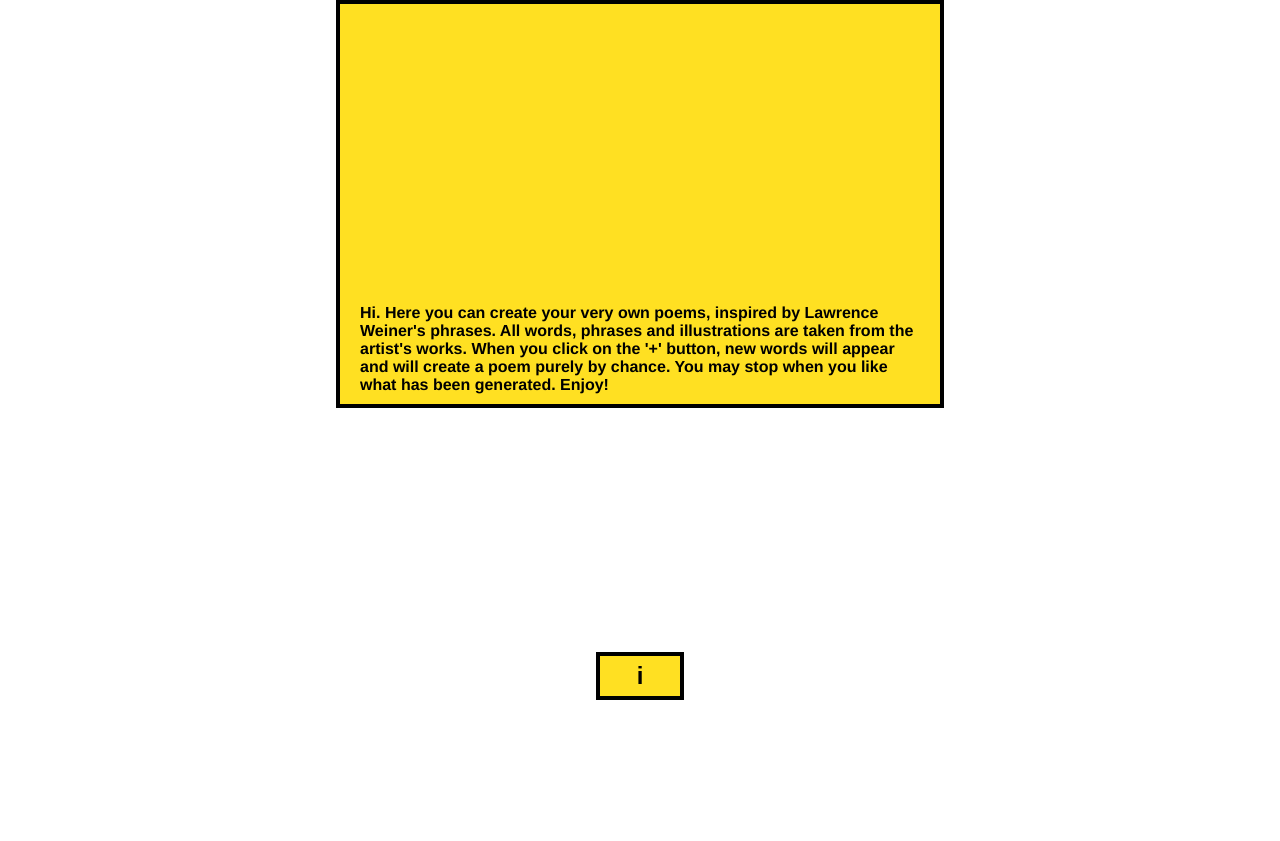
Repository: raghu225/raghu225.github.io
Page: dice/index.html
The author's editor kept a record of every edit. The page is drawn from the files as they stood at one moment, then again after the next edit.
The browser window is 1280 px wide. The pictures show the whole page.
Some web libraries are served in a nearby version.

Above is the page before.

### dice/index.html
<!DOCTYPE html>
<html>
<head>
    <meta charset="utf-8">
    <link rel="icon" type="image/png" href="assets/favicon/favicon.png">
    <!--<script src="//code.jquery.com/jquery-1.11.1.min.js"></script>-->
    <link href="assets/css/style.css" rel="stylesheet" type="text/css" />
    <script src="//ajax.googleapis.com/ajax/libs/jquery/1.10.2/jquery.min.js" type="text/javascript" ></script>
    <!--<script type="text/javascript"></script>-->

</head>

<body>

    <div class="box-animation">
        <div class="blue-box">
            <div class="text-wrap">
                <div class="body-text">
                    Hi. Here you can create your very own poems, inspired by Lawrence Weiner's phrases. All words, phrases and illustrations are taken from the artist's works. When you click on the '+' button, new words will appear and will create a poem purely by chance. You may stop when you like what has been generated. Enjoy!
                </div>
            </div>
        </div>
    </div>

     <div class="wrapper">
        <!--<div class="buttons">-->
            <div class="go-button">+</div>
            <!--<div class="back-button">–</div>-->
        <!--</div>-->

        <div class="words-holder"></div>

        <!--<div class="save-button">preview</div>-->
    </div>


    <!--<a href="page1.html">-->
        <div class="go-button-home">i</div>
    <!--</a>-->

<script src="assets/js/application.js"></script>
</body>

</html>

### dice/assets/css/style.css
body {
    margin: 0;
    padding: 0;
}

html, body {
    max-width: 100%;
    overflow-x: hidden;
}

.words-holder {
    /*text-align: center;*/
    font-family: Din, Helvetica, sans-serif;
    font-weight: bold;
    font-size: 60pt;
    color: #1ec2ed;
    margin-top: 225px;
    height: 208px;
    /*position: fixed;*/
    overflow: hidden;
    /*margin-bottom: 80px;*/
    /*background-color: red;*/
    /*padding-bottom: 80px;*/
    margin-left: 20px;
    margin-right: 20px;
    text-transform: uppercase;
    -webkit-text-stroke: 2px black;
}

.blue-text {
    font-family: Din, Helvetica, sans-serif;
    font-weight: bold;
    font-size: 60pt;
    color: #1ec2ed;
    /*margin-top: 80px;*/
    margin-left: 100px;
    text-transform: uppercase;
    -webkit-text-stroke: 2px black;
    display: inline-block;
    /*position: fixed;*/
}

.red-text {
    font-family: Din, Helvetica, sans-serif;
    font-weight: bold;
    font-size: 60pt;
    color: #d03926;
    /*margin-top: 80px;*/
    margin-left: 20px;
    text-transform: uppercase;
    -webkit-text-stroke: 2px black;
    display: inline-block;
    /*position: fixed;*/
}

.blue-outline {
    font-family: Din, Helvetica, sans-serif;
    font-weight: bold;
    font-size: 60pt;
    color: #ffffff;
    /*margin-top: 80px;*/
    margin-left: 250px;
    text-transform: uppercase;
    -webkit-text-stroke: 2px #1ec2ed;
    display: inline-block;
    /*position: fixed;*/
}

.black-outline {
    font-family: Din, Helvetica, sans-serif;
    font-weight: bold;
    font-size: 60pt;
    color: #ffffff;
    /*margin-top: 80px;*/
    margin-left: 160px;
    text-transform: uppercase;
    -webkit-text-stroke: 2px black;
    display: inline-block;
    /*position: fixed;*/
}

.blue-back {
    font-family: Din, Helvetica, sans-serif;
    font-weight: bold;
    font-size: 60pt;
    color: #ffffff;
    /*margin-top: 80px;*/
    margin-left: 20px;
    text-transform: uppercase;
    background-color: #1ec2ed;
}

.buttons {
    position: fixed;
    top: 20px;
    left: 50%;
    -webkit-transform: translateX(-50%);
    height: 90px;
    width: 110px;
}

.go-button {
    background-color: #ffe022;
    width: 80px;
    height: 40px;
    /*border-radius: 100%;*/
    border: 4px solid black;
    font-family: Arial, sans-serif;
    font-weight: bold;
    font-size: 24px;
    position: fixed;
    top: 20px;
    left: 50%;
    color: black;
    line-height: 40px;
    text-align: center;
    z-index: 1000;
    cursor: pointer;
    -webkit-transform: translateX(-50%);
}

.back-button {
    background-color: #1ec2ed;
    width: 50px;
    height: 50px;
    border-radius: 100%;
    border: 2px solid white;
    font-family: Arial, sans-serif;
    font-weight: bold;
    font-size: 24px;
    position: fixed;
    top: 20px;
    /*left: 50%;*/
    left: 85px;
    color: white;
    line-height: 50px;
    text-align: center;
    z-index: 1000;
    cursor: pointer;
    -webkit-transform: translateX(-50%);
    display: inline-block;
}

.save-button {
    background-color: #1ec2ed;
    width: 50px;
    height: 50px;
    border-radius: 100%;
    border: 2px solid white;
    font-family: Arial, sans-serif;
    font-size: 8px;
    position: fixed;
    bottom: 20px;
    left: 50%;
    color: white;
    line-height: 50px;
    text-align: center;
    z-index: 1000;
    cursor: pointer;
    text-transform: uppercase;
    -webkit-transform: translateX(-50%);
}
.go-button-home {
    background-color: #ffe022;
    width: 80px;
    height: 40px;
    border: 4px solid black;
    /*border-radius: 100%;*/
    font-family: Arial, sans-serif;
    font-weight: bold;
    font-size: 24px;
    text-decoration: none;
    position: fixed;
    bottom: 20px;
    left: 50%;
    /*margin-left: 47.5%;*/
    color: black;
    line-height: 40px;
    text-align: center;
    z-index: 1000;
    cursor: pointer;
    /*opacity: 50%;*/
    -webkit-transform: translateX(-50%);
}

.start-over {
    font-size: 12px;
}

.line {
    width: 1px;
    height: 100px;
    background-color: #a4bde2;

}


.blue-box {
    background-color: #1ec2ed;
    background-color: #ffe022;
    border: 4px solid black;
    color: black;
    height: 400px;
    position: relative;
    width: 600px;
    margin: 0px auto;
    z-index: 1500;
}

.blue-box:hover {
    min-height: 0px;
}

.body-text {
    font-family: 'helvetica neue', helvetica, arial, sans-serif;
    /*font-family: baskerville;*/
    font-weight: bold;
    color: black;
    /*font-style: italic;*/
    /*font-size: 18px;*/
    /*width: 500px;*/
    /*margin: 0 auto;*/
    left: 20px;
    right: 14px;
    top: 300px;
    /*margin-top: 100px;*/
    /*vertical-align: center;*/
    /*margin: 0px auto;*/
    /*margin-left: 22%;*/
    position: absolute;
    /*vertical-align: bottom;*/
    /*margin-bottom: 20px;*/
    /*margin: 0 auto;*/
    /*text-transform: uppercase;*/
}

.text-wrap {
    width: 600px;
    margin: 0 auto;
}

.images {
    position: absolute;
    /*top: 0px;*/
    vertical-align: top;
}

.box-animation {
    -webkit-transition: min-height 1s;
    -moz-transition: min-height 1s;
    -ms-transition: min-height 1s;
    -o-transition: min-height 1s;
    transition: min-height 1s;
    overflow: hidden;
    min-height: 0;
}

.zoom {
    transition: all .2s ease-in-out;
}

.zoom:hover {
    transform: scale(1.1);
}

::-moz-selection {
    background: transparent;
}


::selection {
    background: transparent;
}

### dice/assets/js/application.js
var App = {
    clicks : 0
};

var words = ["a ","ability ","accrued ","affirmation ", "after ", "all ", "an ", "and ","another ","any ","appear ","are ","as "," ascertainable ","aside ","association ","at ","balls ","be ","beach ","beam ","being ","beyond ","bit ","brought ","buried ","by ","collision ","compression ","conceal ","concurrency ","continuity ","corrosion ","course ","cusp ","cusped ","decision ","degradation ","density ","designated ","determination ","different ","distance ","do ","due ","each ","elude ","en-route ","enough ","entropy ","essential ","expansion ","falls ","first ","foreground ","form ","found ","given ","glass ","gyroscopically ","highgate ","hill ","hindering ","howsoever ","if ","in ","introduction ","iron ","is ","it ","lapse ","lead ","left ","light ","limits ","longer ","make ","mass ","matched ","matter ","may","metal ","mixed ","moment ","more ","move ","no ","objectification ","of ","offside ","offsides ","on ","once ","option ","pale ","passage ","pending ","pending ","placed ","places ","plain ","play ","precision ","progressive ","pursuit ","pushed ","put ","realm ","reducing ","relative ","rests ","rocks ","route ","same ","sand ","sands ","scattered ","second ","seems ","shift ","shining ","sight ","so ","speaking ", "stand ","stasis ","stone ","support ","swathed ","than ","that ","the ","this ","three ","time ","tip ","to ","top ","turned ","turns ","twice ","under ","upon ","use ","use ","value ","vector ","via ","was ","wave ","weight ","what ","whatsoever ","where ","wheresoever ","which ","whichsoever ","whole ","with ","within ","world ", "+"];

// var words = ['<span style="border-bottom: 1px dotted #ff0000;padding:1px"><span style="border-bottom: 1px dotted #ff0000;">alalalalalal</span></span>'];

var selectedwords = false;

var showing = true;
$('.go-button-home').click(function(event) {
    $('.blue-box').slideToggle();
    if (showing) {
        $(this).html("i");
        showing = false;
    } else {
        $(this).html("x");
        showing = true;
    }
});

// $('.go-button-home').click(function(event) {
//     $('.blue-box').slideToggle();
// });

$(".save-button").click(function() {

    window.open(
        "page1.html?saved=" + encodeURIComponent($(".words-holder").html()),
        '_blank' // <- This is what makes it open in a new window.
        // $('.go-button').html('').removeClass('go-button');
);

});
 var chance = Math.floor(Math.random()*10);

$(".go-button").click(function() {

    App.clicks += 1;

    if (App.clicks == 4) {
        $('.go-button')
        // $('.words-holder').addClass('zoom');
        // return false
    }

    if (App.clicks == 5) {
        App.clicks = 0;
        $('.words-holder').html('');
        chance = Math.floor(Math.random()*10);
        // $('.go-button').html('+').removeClass('start-over');
        return false
    }

    // words float sometimes randomly
    // get random spacing between words

    var random_num = Math.ceil(Math.random() * 10),
        color = '',
        word = '',
        nextwords;

    console.log(random_num);

    if (random_num <= 8) {
            var qtys = [1,4];
            var qty = qtys[Math.floor(Math.random()*qtys.length)];
        for (var i = 0; i < qty; i++) {
            nextwords = words[Math.floor(Math.random()*words.length)];

            while (selectedwords == nextwords) {
                nextwords = words[Math.floor(Math.random()*words.length)];
            }

            selectedwords = nextwords;
        }

        var colorPicker = Math.floor(Math.random()*4);
         console.log(colorPicker);
        if (colorPicker==0) {
            color = 'red-text';
        } else if (colorPicker==1) {
            color = 'black-outline';
        } else if (colorPicker==2) {
            color = 'blue-outline';
        } else if (colorPicker==3) {
            color = 'blue-text';
        }
        // else if (colorPicker==4) {
        //     color = 'float';
        // }

        var next_words_wrapped = '<div class="' + color + '"> ' + nextwords + '</div>';
        console.log(nextwords);

        if (chance > 5) {
            console.log("chance: " + chance);

        var wordPicker = Math.floor(Math.random()*1);

        if (wordPicker==0) {
            word = 'float';
        }

        var next_words_wrapped = '<div style="position: absolute;" class="float ' + color + '"> ' + nextwords + '</div>';
        console.log(nextwords);
        $(".words-holder").append(next_words_wrapped);
        } else {
        $(".words-holder").append(next_words_wrapped);

        }




        // TO FLOAT:


        //

        // $(".words-holder").addClass('float');


                $(document).ready(function(){
                    animateDiv();

                });

                    function makeNewPosition(){

                        // Get viewport dimensions (remove the dimension of the div)
                        var h = $(window).height() - 50;
                        var w = $(window).width() - 50;

                        var nh = Math.floor(Math.random() * h);
                        var nw = Math.floor(Math.random() * w);

                        return [nh,nw];

                    }

                    function animateDiv(){
                        var newq = makeNewPosition();
                        var oldq = $('.float').offset();
                        if ($('.float')) {
                        var speed = calcSpeed([oldq.top, oldq.left], newq);

                        $('.float').animate({ top: newq[0], left: newq[1] }, speed, function(){
                          animateDiv();
                        });
                        }

                    };

                    function calcSpeed(prev, next) {

                        var x = Math.abs(prev[1] - next[1]);
                        var y = Math.abs(prev[0] - next[0]);

                        var greatest = x > y ? x : y;

                        var speedModifier = 0.1;

                        var speed = Math.ceil(greatest/speedModifier);

                        return speed;

                }


    } else {
        var images = ['assets/graphic/i1.png','assets/graphic/i2.png', 'assets/graphic/i3.png','assets/graphic/i4.png','assets/graphic/i5.png','assets/graphic/i6.png','assets/graphic/i7.png','assets/graphic/i8.png','assets/graphic/i9.png','assets/graphic/i10.png', 'assets/graphic/i11.png','assets/graphic/i12.png','assets/graphic/i13.png','assets/graphic/i14.png','assets/graphic/i15.png'];
        $(".words-holder").append('<img class="images" src="' + images[Math.floor(Math.random()*images.length)]+ '">');
    }

});

        var QueryString = function () {
          var query_string = {};
          var query = window.location.search.substring(1);
          var vars = query.split("&");
          for (var i=0;i<vars.length;i++) {
            var pair = vars[i].split("=");
                // If first entry with this name
            if (typeof query_string[pair[0]] === "undefined") {
              query_string[pair[0]] = pair[1];
                // If second entry with this name
            } else if (typeof query_string[pair[0]] === "string") {
              var arr = [ query_string[pair[0]], pair[1] ];
              query_string[pair[0]] = arr;
                // If third or later entry with this name
            } else {
              query_string[pair[0]].push(pair[1]);
            }
          }
            return query_string;
        } ();


    if (QueryString.saved) {
        $(".words-holder").html(decodeURIComponent(QueryString.saved));
    }


    // word = '',
    // var wordPicker = Math.floor(Math.random()*3);
    // if (wordPicker==0) {
    //         word = 'zoom';
    //     } else if (wordPicker==1) {
    //         word = 'shrink';
    //     } else if (wordPicker==2) {
    //         word = 'float';
    //     }
    //     var next_words_wrapped = '<div class="' + word + '"> ' + nextwords + '</div>';
    //     console.log(nextwords);
    //     $(".words-holder").append(next_words_wrapped);

After the next edit:
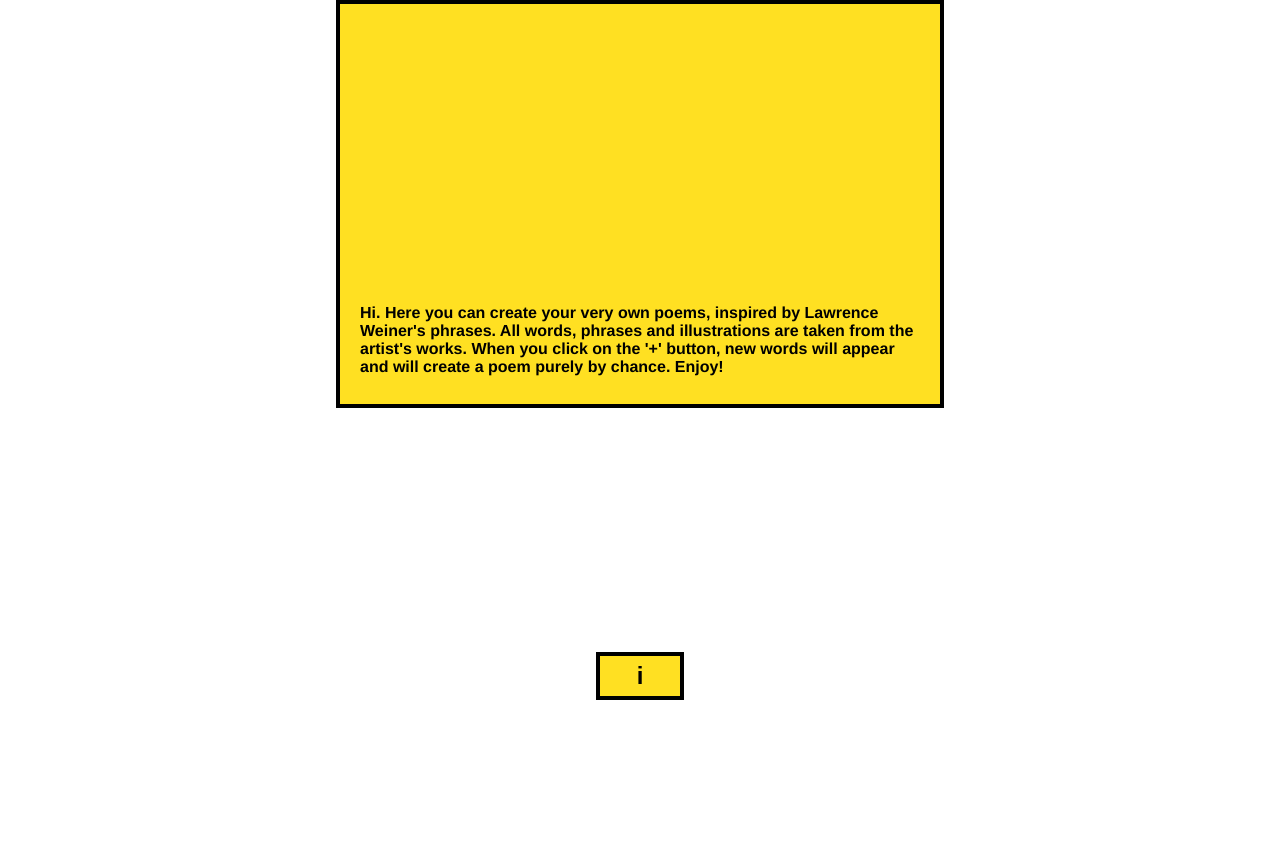
The edit:
--- a/dice/index.html
+++ b/dice/index.html
@@ -16,7 +16,7 @@
         <div class="blue-box">
             <div class="text-wrap">
                 <div class="body-text">
-                    Hi. Here you can create your very own poems, inspired by Lawrence Weiner's phrases. All words, phrases and illustrations are taken from the artist's works. When you click on the '+' button, new words will appear and will create a poem purely by chance. You may stop when you like what has been generated. Enjoy!
+                    Hi. Here you can create your very own poems, inspired by Lawrence Weiner's phrases. All words, phrases and illustrations are taken from the artist's works. When you click on the '+' button, new words will appear and will create a poem purely by chance. Enjoy!
                 </div>
             </div>
         </div>
